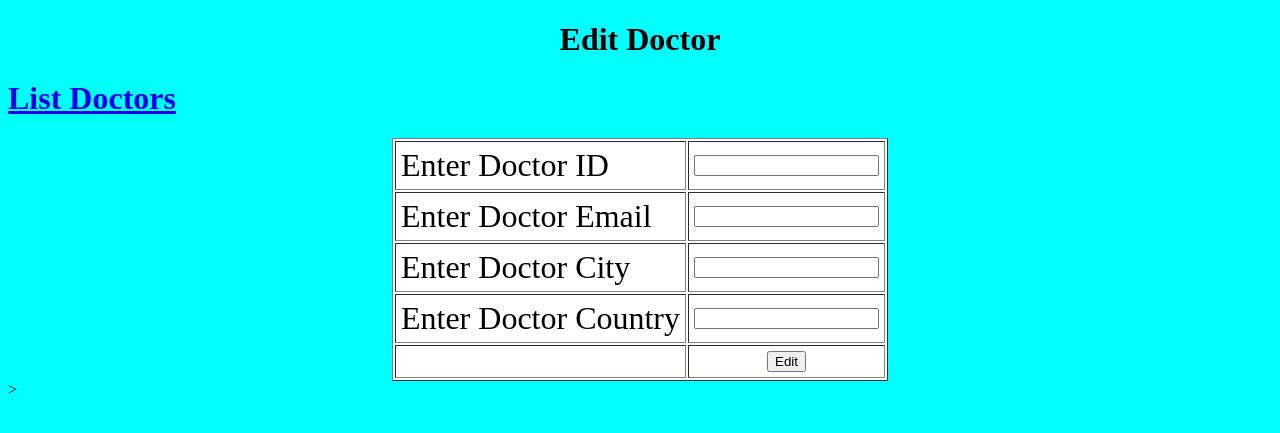
Repository: pawankas/Java_Personal
Page: http://localhost/ProductManagement/edit.jsp
An editor plug-in stored every save of this project. The page is shown before and after the next save, followed by the edit.
The browser window is 1280 px wide. The pictures show the whole page.
The page is served by Tomcat 9. Nobody is signed in. The application's start-up code is not run. Other server files are loaded and not shown.

Above is the page before, as saved 2022-03-09 05:38:35.

### ProductManagement/WebContent/edit.jsp
<%@ page language="java" contentType="text/html; charset=ISO-8859-1"
  pageEncoding="ISO-8859-1"%>
<!DOCTYPE html PUBLIC "-//W3C//DTD HTML 4.01 Transitional//EN" "http://www.w3.org/TR/html4/loose.dtd">
<html>
<head>
<meta http-equiv="Content-Type" content="text/html; charset=ISO-8859-1">
<title>Insert title here</title>
</head>
<body bgcolor="#00FFFF">
  <form action="MyServlet" method="post">
    <h1 align="center">Edit Doctor</h1>
    <h1>
      <a href="index.jsp">List Doctors</a>
    </h1>
    <table border="1" align="center" cellpadding="5"
      style="font-size: 200%; font-family: inherit; font-style: normal; background-color: window;">
      <tr>
        <td>Enter Doctor ID</td>
        <td><input type="text" name="id" required></td>
      </tr>
      <tr>
        <td>Enter Doctor Email</td>
        <td><input type="text" name="email" required></td>
      </tr>
      <tr>
        <td>Enter Doctor City</td>
        <td><input type="text" name="city" required></td>
      </tr>
      <tr>
        <td>Enter Doctor Country</td>
        <td><input type="text" name="country" required></td>
      </tr>
      <tr>
        <td></td>
        <td align="center"><input type="submit" name="Action"
          value="Edit"></td>
      </tr>
    </table>
  </form>
</body>
</html>>

After the next save:
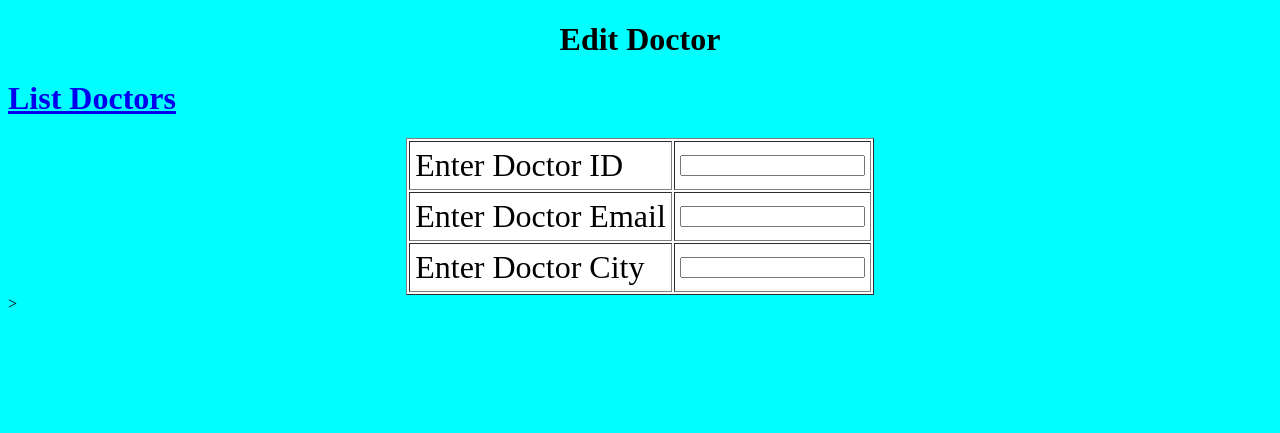
Saved 66 s later.
--- a/ProductManagement/WebContent/edit.jsp
+++ b/ProductManagement/WebContent/edit.jsp
@@ -20,21 +20,13 @@
       </tr>
       <tr>
         <td>Enter Doctor Email</td>
-        <td><input type="text" name="email" required></td>
+        <td><input type="text" name="name" required></td>
       </tr>
       <tr>
         <td>Enter Doctor City</td>
-        <td><input type="text" name="city" required></td>
+        <td><input type="text" name="price" required></td>
       </tr>
-      <tr>
-        <td>Enter Doctor Country</td>
-        <td><input type="text" name="country" required></td>
-      </tr>
-      <tr>
-        <td></td>
-        <td align="center"><input type="submit" name="Action"
-          value="Edit"></td>
-      </tr>
+
     </table>
   </form>
 </body>
